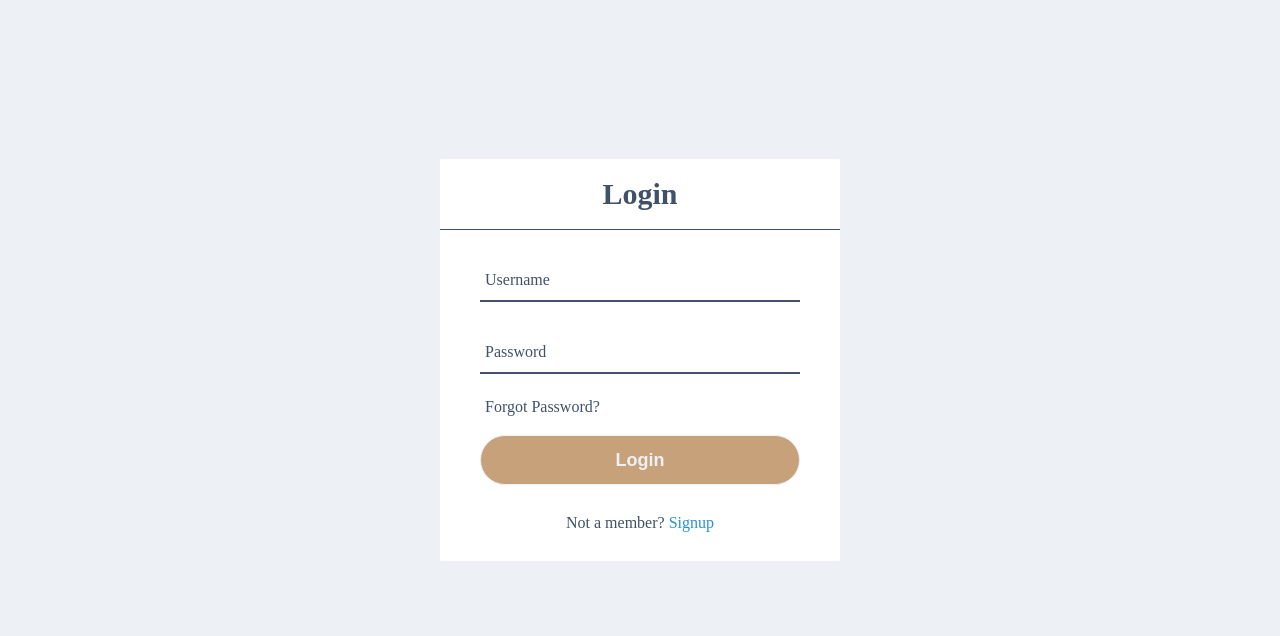
Repository: ArusyakAghajanyan/Booking
Page: sign-up.html
The author's editor kept a copy of each file at every save. The page is drawn from the files as they stood at one save, then again after the next save.
The browser window is 1280 px wide. The pictures show the whole page.
The style sheet was rebuilt from its Sass, Less or Tailwind sources for each picture, by a compiler version that may differ from the author's.

Above is the page before, as saved 2022-09-22 12:07:38.

### sign-up.html
<!DOCTYPE html>
<html lang="en">
<head>
    <meta charset="UTF-8">
    <meta http-equiv="X-UA-Compatible" content="IE=edge">
    <meta name="viewport" content="width=device-width, initial-scale=1.0">
    <link rel="stylesheet" href="./assets/css/style.css">
    <title>Login</title>
</head>
   <body>
        <div class="login__center">
            <h1 class="login__center-title">Login</h1>
            <form method="post" class="login__center-form">
                <div class="login__text-field">
                    <input id="username" class="login__text-input" type="text" required>
                    <span class="login__text-span"></span>
                    <label for="username" class="login__text-label">Username</label>
                </div>
                <div class="login__text-field">
                    <input id="password"  class="login__text-input" type="password" required>
                    <span class="login__text-span"></span>
                    <label for="password" class="login__text-label">Password</label>
                </div>
                <div class="login__pass-field">
                    Forgot Password?
                </div>
                <input class= "login__text-input base-button base-button--secondary" type="submit" value="Login" >
                <div class="login__signup-field">
                    Not a member? <a  class="login__signup" href="#">Signup</a>
                </div>
            </form>
        </div>
    </body>
</html>

### assets/sass/style.scss
@import "./reset";

// Abstracts
@import "./abstracts/variables";
@import "./abstracts/mixins";

// Layout
@import "./layout/aside";
@import "./layout/header";
@import "./layout/main";

//Pages
@import "./pages/auth";
@import "./pages/admin";

// UI

@import "././UI/baseButton";
@import "./UI/baseInput";

// Components
@import "./components/container";
@import "./components/form";
@import "./components/formGroup";
@import "./components/playCard"

### assets/sass/_reset.scss
html, body, div, span, applet, object, iframe,
h1, h2, h3, h4, h5, h6, p, blockquote, pre,
a, abbr, acronym, address, big, cite, code,
del, dfn, em, img, ins, kbd, q, s, samp,
small, strike, strong, sub, sup, tt, var,
b, u, i, center,
dl, dt, dd, ol, ul, li,
fieldset, form, label, legend,
table, caption, tbody, tfoot, thead, tr, th, td,
article, aside, canvas, details, embed,
figure, figcaption, footer, header, hgroup,
menu, nav, output, ruby, section, summary,
time, mark, audio, video {
	margin: 0;
	padding: 0;
	border: 0;
	font-size: 100%;
	font: inherit;
	vertical-align: baseline;
}
/* HTML5 display-role reset for older browsers */
article, aside, details, figcaption, figure,
footer, header, hgroup, menu, nav, section {
	display: block;
}
body {
	line-height: 1;
}
ol, ul {
	list-style: none;
}
blockquote, q {
	quotes: none;
}
blockquote:before, blockquote:after,
q:before, q:after {
	content: '';
	content: none;
}
table {
	border-collapse: collapse;
	border-spacing: 0;
}
a {
    color: inherit;
    text-decoration: none;
}
*, *::before, *::after {
    box-sizing: border-box;
}

### assets/sass/abstracts/_variables.scss
  /***** Primary color ******/
  $primary: #415167;
  $primary-dark: #151D28;
  $primary-darker: #151D28;
  $primary-light: #EDF0F5;
  $primary-lighter: #F9FBFF;
//   $primary-opacity: rgba(64, 48, 117, 0.1);
  /**************************/

  /**** Secondary color *****/
  $secondary: #C7A17A;
  $secondary-dark:#F9F5E8 ;
  $secondary-darker: #553900;
  $secondary-light: #D4B16A;
  $secondary-lighter: #FFE3AA;
  /**************************/

  /******* Info color *******/
  $info: #AAAA39;
  $info-dark: #808015;
  $info-darker: #555500;
  $info-light: #D4D46A;
  $info-lighter: #FFFFAA;
  /**************************/

// Abstract
$white: #ffffff;

### assets/sass/abstracts/_mixins.scss
@mixin flex-box($direction: row, $align: stretch, $justify: stretch) {
    display: flex;
    flex-direction: $direction;
    align-items: $align;
    justify-content: $justify;
  }

### assets/sass/layout/_aside.scss
.aside {
    position: fixed;
    width: 200px;
    height: 100%;
    top: 0;
    left: 0;
    background-color: $primary;
    padding: 20px;
  }

  .aside__content {

  }

  .aside__logo {
    margin-bottom: 20px;
    font-size: 24px;
    text-align: center;
    color:  $primary-light;
  }

  .aside__navigation {
    margin: 0 -20px;
    width: calc(100% + 40px);
  }

  .aside__navigation-list {
    @include flex-box(column, flex-start, flex-start);


  }

  .aside__navigation-list-item {
    width: 100%;
    margin-bottom: 4px;
    transition: background-color .3s ease-in-out;

    &:hover {
      background-color: $primary-dark;
    }
  }

  .aside__navigation-list-link {
    padding: 8px;
    display: block;
    color:  $primary-light;
  }

### assets/sass/layout/_header.scss
.header {
    position: fixed;
    width: calc(100% - 200px);
    height: 50px;
    right: 0;
    top: 0;
    background-color: $primary-light;
    color: $primary;
    @include flex-box(row, center, center);
  }

### assets/sass/layout/_main.scss
.main {
    margin-left: 200px;
    margin-top: 50px;
    padding: 15px 0;
    background-color: $primary-lighter;
    color: $primary;
  }

### assets/sass/pages/_admin.scss
.admin__play-list {
    margin-top: 100px;

}
.admin__play-list-title {
    align-items: center;
    text-align: center;
    font-size: 28px;
    font-weight: 500;
    color: $primary;
}

.admin__form-uploaded-image {
   width: 200px;
}

.admin__form-upload {
   display: none;
}

### assets/sass/UI/_baseButton.scss
.base-button {
    border: none;
    background-color: transparent;
    padding: 8px 16px;
    border-radius: 8px;
    transition: background-color .1s ease-in-out;

    &:hover {
      cursor: pointer;
    }

    &--primary {
      background-color: $primary;
      color: $white;

      &:hover {
        background-color: $primary-light;
      }
      &:focus,
      &:active {
        background-color: $primary-dark;
      }
    }

    &--secondary {
      background-color: $secondary;
      color: $primary-light;
    }
  }

### assets/sass/UI/_baseInput.scss
.base-input {

}

### assets/sass/components/_container.scss
.container {
    padding: 0 20px;

  }

### assets/sass/components/_form.scss
// .form{

// }
body {
    background-color: $primary-light;
}

.login__center {
    background-color: $white;

    position: absolute;
    top: 50%;
    left: 50%;
    transform: translate(-50%, -50%);
    width: 400px;
}

.login__center-title {
    color:  $primary;
    font-size: 30px;
    font-weight: 900;
    text-align: center;
    padding: 20px 0 20px 0;
    border-bottom: 1px solid  $primary;
}

.login__center-form {
    padding: 0 40px;
    box-sizing: border-box;
}

.login__text-field {
    position: relative;
    border-bottom: 2px solid $primary;
    margin: 30px 0;
}

.login__text-input {
    width: 100%;
    padding: 0 5px;
    height: 40px;
    font-size: 16px;
    border: none;
    background: none;
    outline: none;

&:focus ~ label,
&:valid ~ label {
      top: -5px;
      color: $primary-darker;
    }

&:focus ~ span::before,
&:valid ~ span::before {
      width: 100%;
    }
}

.login__text-label {
    position: absolute;
    top: 50%;
    left: 5px;
    color: $primary;
    transform: translateY(-50%);
    font-size: 16px;
    pointer-events: none;
    transition: .5s;
}

.login__text-span::before{
    content: '';
    position: absolute;
    top: 40px;
    left: 0;
    width: 0%;
    height: 2px;
    background: $primary-darker;
    transition: .5s;
}

.login__pass-field {
     margin: -5px 0 20px 5px;
     color: $primary;
     cursor: pointer;

&:hover {
       text-decoration: underline;
     }
}


input[type="submit"] {
    width: 100%;
    height: 50px;
    border: 1px solid;
    background: $secondary;
    border-radius: 25px;
    font-size: 18px;
    color: $primary-light;
    font-weight: 700;
    cursor: pointer;
    outline: none;

&:hover{
    border-color: $primary;
    transition: .5s;
}
}
.login__signup-field {
    margin: 30px 0;
    text-align: center;
    font-size: 16px;
    color: $primary;
}

.login__signup {
    color: #2691d9;
    text-decoration: none;
&:hover{
       text-decoration: underline;
}
}

// .cardDiv{
//     width: 400px;
//     height: 400px;
// }

### assets/sass/components/_formGroup.scss
.form-group {
    @include flex-box(column, flex-start, flex-start);
    margin-bottom: 12px;
  }

### assets/sass/components/_playCard.scss
.admin__play-list-container{
    display: flex;
    justify-content: space-around;
    margin-top: 58px;
    flex-wrap: wrap;
}
.play-card {
    display: flex;
    flex-direction: column;
    width: calc(25% - 20px);

    align-items: center;
    justify-content: center;
    background-color: $white;
    margin-bottom: 10px;

}
.play-card-image-wrapper{
    display: flex;
    width: 100%;
    margin-bottom: 24px;
    align-items: center;
    justify-content: center;
}
.play-card-image {
    width: 100%;
}
.play-card-description {
    color: $primary;
    font-size: 16px;
    padding: 10px;
}

Loaded but not shown: assets/sass/pages/_auth.scss (no stored copy; drawn as an empty file)

After the next save:
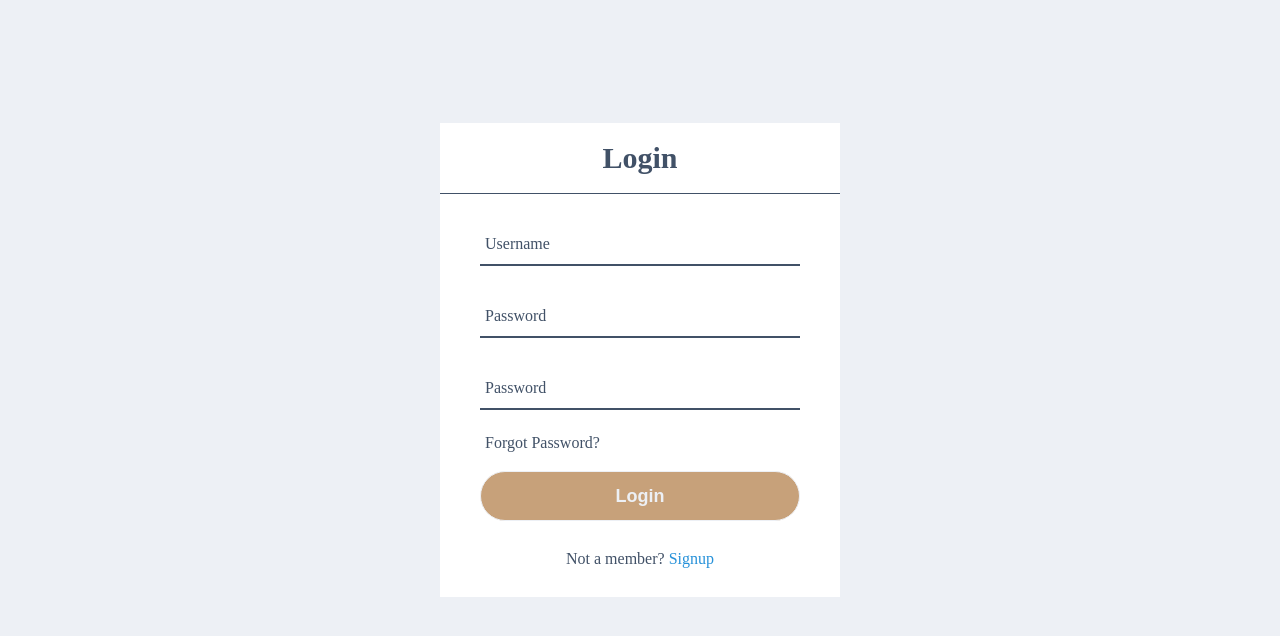
Saved 55 s later.
--- a/sign-up.html
+++ b/sign-up.html
@@ -21,6 +21,11 @@
                     <span class="login__text-span"></span>
                     <label for="password" class="login__text-label">Password</label>
                 </div>
+                <div class="login__text-field">
+                    <input id="password"  class="login__text-input" type="password" required>
+                    <span class="login__text-span"></span>
+                    <label for="password" class="login__text-label">Password</label>
+                </div>
                 <div class="login__pass-field">
                     Forgot Password?
                 </div>
